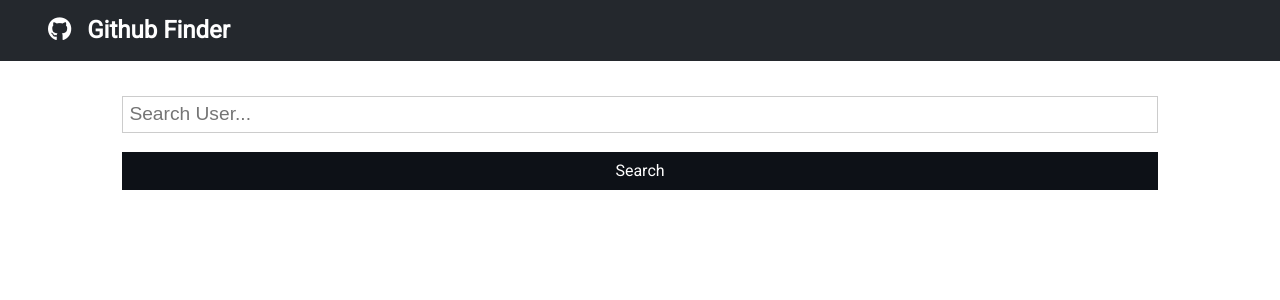
Repository: Garry028/Github-Finder
Page: /
The author's editor kept a copy of each file at every save. The page is drawn from the files as they stood at one save, then again after the next save.
The browser window is 1280 px wide. The pictures show the whole page.
Some web libraries are served in a nearby version. The project was rebuilt for these pictures with package versions that can differ from the ones it lists, and the page was loaded fresh each time. Also part of the build but not shown: src/Components/layout/Spinner.js, src/Components/Users/UserItem.js.

Above is the page before, as saved 2022-08-08 13:03:43.

After the next save:
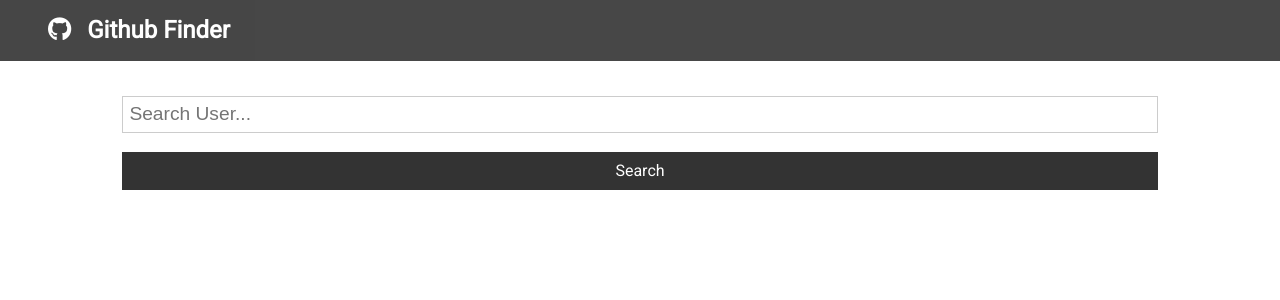
Saved 84 s later.
--- a/src/App.css
+++ b/src/App.css
@@ -3,7 +3,7 @@
 /* Global Styles */
 :root {
   --primary-color: #dc3545;
-  --dark-color: #0d1117;
+  --dark-color: #333333;
   --light-color: #f4f4f4;
   --danger-color: #dc3545;
   --success-color: #28a745;

After the save that followed:
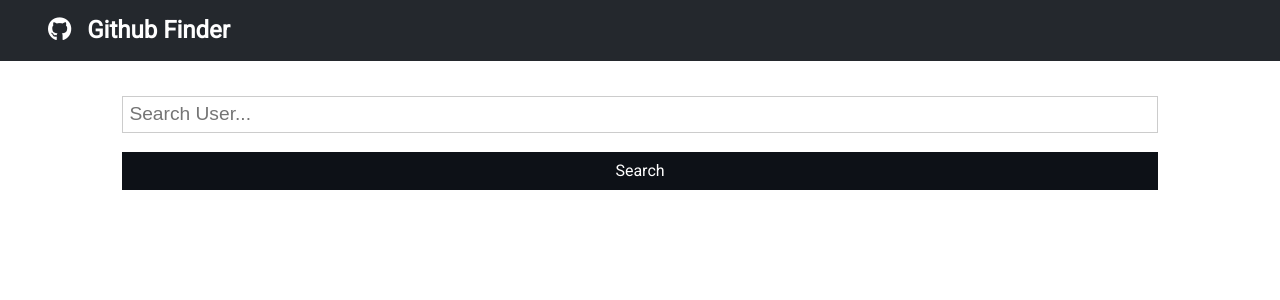
Saved 11 s later.
--- a/src/App.css
+++ b/src/App.css
@@ -3,7 +3,7 @@
 /* Global Styles */
 :root {
   --primary-color: #dc3545;
-  --dark-color: #333333;
+  --dark-color: #0d1117;
   --light-color: #f4f4f4;
   --danger-color: #dc3545;
   --success-color: #28a745;
